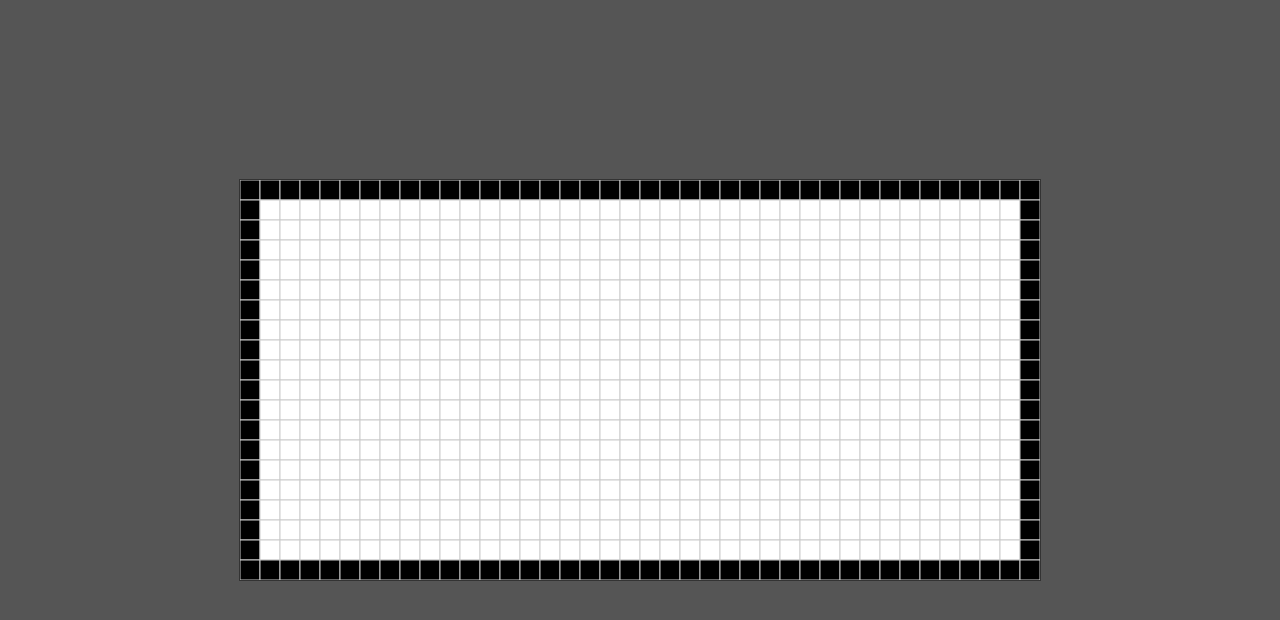
Repository: newstar456/Snake-Game
Page: /
An editor plug-in stored every save of this project. The page is shown before and after the next save, followed by the edit.
The browser window is 1280 px wide. The pictures show the whole page.
The project was rebuilt for these pictures with package versions that can differ from the ones it lists, and the page was loaded fresh each time. The framework's server and built-in components were replaced by stand-ins that run in the browser. Also part of the build but not shown: next.config.ts.

Above is the page before, as saved 2025-06-04 20:55:05.

After the next save:
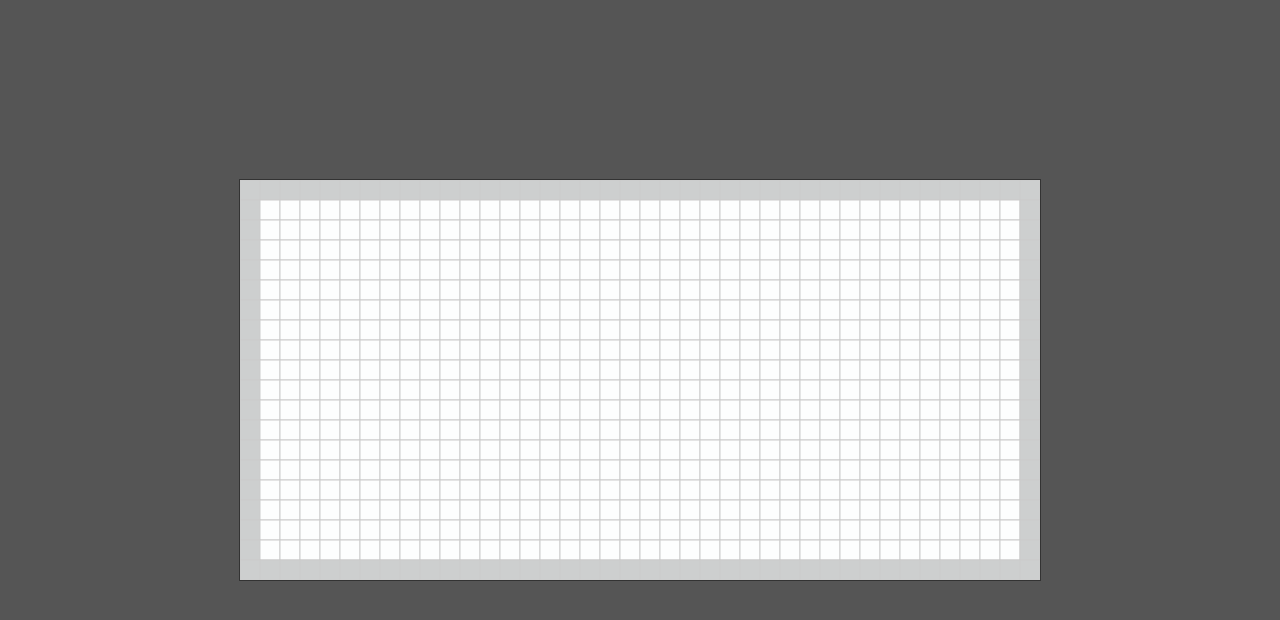
Saved 119 s later.
--- a/src/lib/GameCell.ts
+++ b/src/lib/GameCell.ts
@@ -10,7 +10,7 @@ export default class GameCell {
   }
 
   draw(context: CanvasRenderingContext2D) {
-    context.fillStyle = this.isWalkable ? "#ffffff" : "#000000";
+    context.fillStyle = this.isWalkable ? "#FDFEFE" : "#CDCFCF";
     context.fillRect(this.x, this.y, 20, 20);
     context.strokeStyle = "#cccccc";
     context.strokeRect(this.x, this.y, 20, 20);
